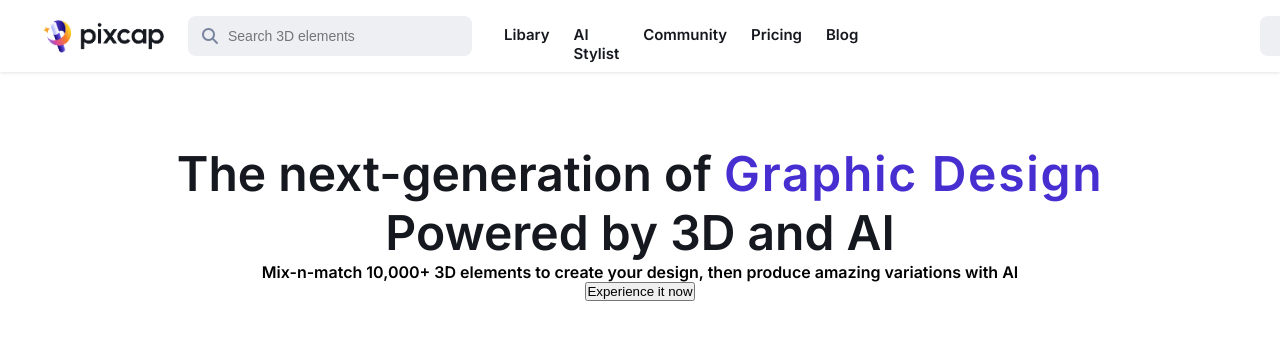
Repository: xd25vn/PROJECT-TEST-XDX25VN
Page: index.html
The author's editor kept a copy of each file at every save. The page is drawn from the files as they stood at one save, then again after the next save.
The browser window is 1280 px wide. The pictures show the whole page.

Above is the page before, as saved 2023-09-07 19:41:41.

### index.html
<html lang="en">
<head>
    <meta charset="UTF-8">
    <meta name="viewport" content="width=device-width, initial-scale=1.0">
    <title>Pixcap</title>
    <link rel="stylesheet" href="./assets/base.css">
    <link rel="stylesheet" href="./assets/main.css">
    <link rel="preconnect" href="https://fonts.googleapis.com">
    <link rel="preconnect" href="https://fonts.gstatic.com" crossorigin>
    <link href="https://fonts.googleapis.com/css2?family=Inter:wght@600&display=swap" rel="stylesheet">
    <link rel="stylesheet" href="./assets/font/fontawesome-free-6.4.0-web/fontawesome-free-6.4.0-web/css/all.min.css">
</head>
<body>
    <header>
        <a href="" class="logo-nav">
            <img src="./assets/image/logo.png" alt="PIXCAP">
        </a>
        <div class="form-control">
            <i class="fa-solid fa-magnifying-glass icon-search"></i><input type="text" placeholder="Search 3D elements">
        </div>
        <ul class="nav-product">
                <li><a href="">Libary</a></li>
                <li><a href="">AI Stylist</a></li>
                <li><a href="">Community</a></li>
                <li><a href="">Pricing</a></li>
                <li><a href="">Blog</a></li>
        </ul>
        <div class="nav-login">
            <a href="" class="nav-login-log">Log In</a>
            <a href="" class="nav-login-regis">Sign Up</a>
        </div>
    </header>

    <div id="sidebar">
        <div class="sidebar-text">
            <h3>The next-generation of <span class="sidebar-text-dif">Graphic Design</span><br>Powered by 3D and AI
            </h3>
            <p>Mix-n-match 10,000+ 3D elements to create your design, then produce amazing variations with AI</p>
            <button class="sidebar-text-btn">Experience it now</button>
        </div>
    </div>
</body>
</html>

### assets/base.css
* {
    margin: 0;
    padding: 0;
    box-sizing: border-box;
}

body {
    background-color: #fff;
    font-family: 'Inter', sans-serif;
}

:root {
    --color-black: #15181E;
}

### assets/main.css
header {
    background-color: #fff;
    display: flex;
    box-shadow: rgba(57, 76, 96, 0.15) 0px 1px 3px 0px;
    width: 100%;
    height: 72px;
    align-items: center;
    padding: 0 32px;
    position: fixed;
    z-index: 999;
}

header .nav-product {
    list-style: none;
    display: flex;
    align-items: center;
}

header .logo-nav {
    padding-right: 10px;
}

header .logo-nav img {
    width: 146px;
    height: auto;
}

header .form-control {
    padding-right: 20px;
}

header .form-control input {
    height: 40px;
    font-size: 14px;
    padding: 8px 8px 8px 40px;
    border-radius: 8px;
    border: rgb(210, 214, 224);
    outline: rgb(210, 214, 224);
    background-color: rgb(237, 239, 242);
    transition: background-color 0.2s ease-in-out 0s;
    width: 100%;
    position: relative;
    width: 284px;
}

header .form-control .icon-search {
    position: absolute;
    z-index: 1;
    top: 28;
    left: 202;
    color: rgb(122, 134, 159);
}

header .nav-product li {
    padding: 6px 12px;
    height: 36px;
}

header .nav-product li:hover {
    background-color: #EDEFF2;
    border-radius: 8px;
}

header .nav-product li a {
    text-decoration: none;
    color: var(--color-black);
    font-size: 15px;
    font-weight: 400;
}

header .nav-login {
    list-style: none;
    display: flex;
    align-items: center;
    margin-left: 390px;
}

header .nav-login a {
    text-decoration: none;
    padding: 0px 24px;
    color: var(--color-black);
    font-size: 15px;
    font-weight: 400;
}

header .nav-login .nav-login-log {
    background-color: #EDEFF2;
    height: 40px;
    border-radius: 8px;
    line-height: 39px;
    margin-right: 10px;
}

header .nav-login .nav-login-regis {
    background-color: #462ED1;
    height: 40px;
    border-radius: 8px;
    line-height: 39px;
    color: #fff;
    box-shadow: rgba(100, 78, 229, 0.3) 0px 2px 12px 2px;
}

#sidebar {
    padding-top: 144px;
    padding: 144px 32px 64px 32px;
}

#sidebar .sidebar-text {
    text-align: center;
}

#sidebar .sidebar-text h3 {
    font-size: 48px;
    color: var(--color-black);
    font-weight: bold;
}

#sidebar .sidebar-text h3 .sidebar-text-dif {
    color: #462ED1;
    letter-spacing: 1.7;
}

Loaded but not shown: assets/font/fontawesome-free-6.4.0-web/fontawesome-free-6.4.0-web/css/all.min.css (library)

After the next save:
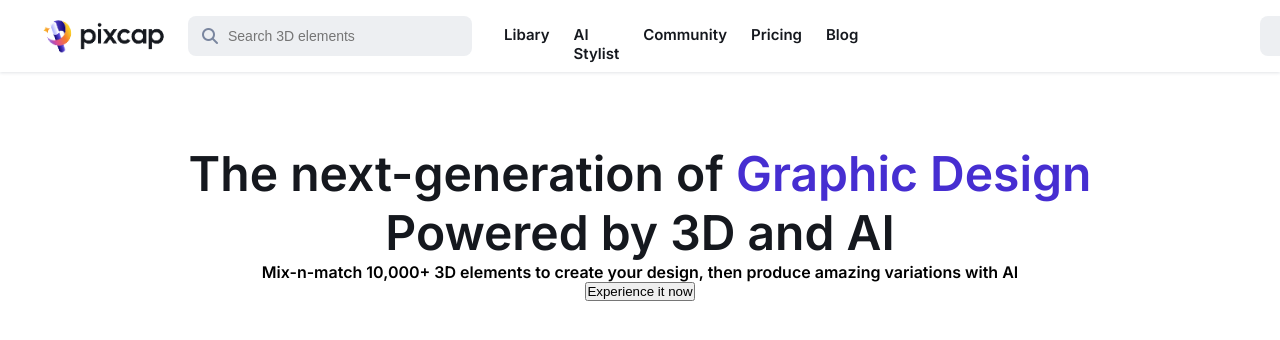
Saved 16 s later.
--- a/assets/main.css
+++ b/assets/main.css
@@ -117,5 +117,4 @@
 
 #sidebar .sidebar-text h3 .sidebar-text-dif {
     color: #462ED1;
-    letter-spacing: 1.7;
 }
